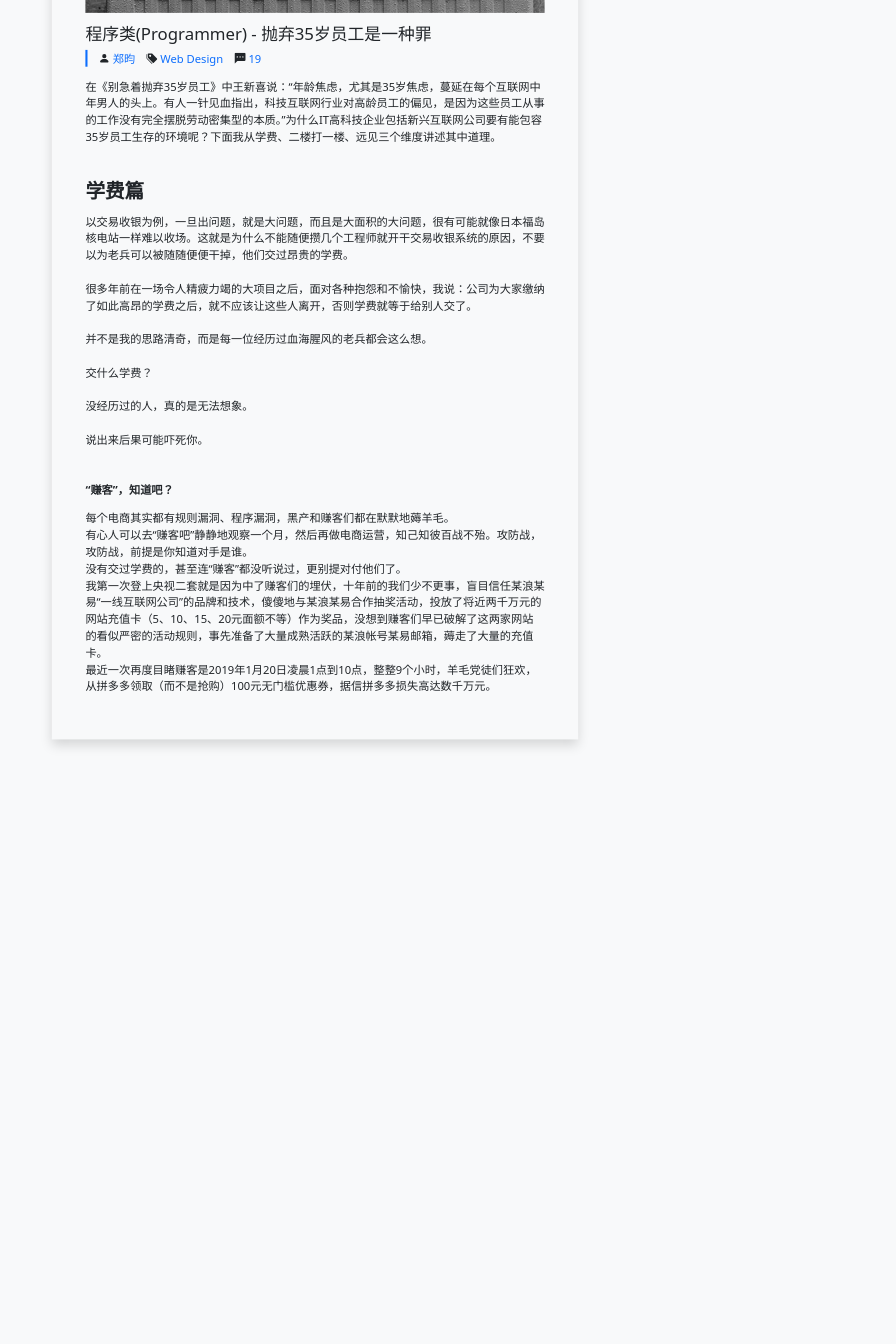
Repository: herjuandlonely/github.io
Page: index-blog.html
These files come from the project's save history. The page is drawn as it stood at one moment and after the next save; the edit follows.
The browser window is 1280 px wide. The pictures show the part of the page from y = 925 to 2845 px (the page is 3000 px tall), at 70% of full size.
Backgrounds fixed to the window are drawn as part of the page.

Above is the page before, as saved 2022-06-30 19:55:14.

### index-blog.html
<!DOCTYPE html>
<html lang="en">
<head>
    <meta charset="UTF-8">
    <meta http-equiv="X-UA-Compatible" content="IE=edge">
    <meta name="viewport" content="width=device-width, initial-scale=1.0">
    <link rel="stylesheet" href="./bootstrap-4.6.1-dist/css/bootstrap.min.css">
    <link rel="stylesheet" href="./CSS/index-blog.css">
    <link rel="stylesheet" href="./CSS/normalize.css">
    <link rel="stylesheet" href="./icon/font_3484823_t6q6q64gri/iconfont.css">
    <script src="./bootstrap-4.6.1-dist/js/bootstrap.bundle.min.js"></script>
    <title>何亚Herju- Blog -抛弃35岁员工是一种罪</title>
</head>
<body style="height: 3000px;" class=" bg-light">
    <!-- nav start -->
    <div class="container-fluid px-0 shadow navbarControl">
        <nav class="navbar navbar-expand-md navbar-dark navbarBg">
            <div class="container-fluid px-4">
                <a href="index.html" class="navbar-brand ms-4">Herju's Home</a>
                <button class="navbar-toggler" data-bs-toggle="collapse" data-bs-target="#foldBtn">
                    <span class="navbar-toggler-icon"></span>
                </button>
                <div class="collapse navbar-collapse" id="foldBtn">
                    <ul class="navbar-nav ms-auto me-4 navbarCli">
                        <li class="nav-item text-center">
                            <a class="nav-link fw-lighter" href="index.html#bk">博客 Blog</a>
                        </li>
                        <li class="nav-item text-center">
                            <a class="nav-link fw-lighter" href="index.html#jn">技能 Skill</a>
                        </li>
                        <li class="nav-item text-center">
                            <a class="nav-link fw-lighter" href="index.html#ab">关于 About</a>
                        </li>
                        <li class="nav-item text-center">
                            <a class="nav-link fw-lighter" href="index.html#lx">联系我 Call</a>
                        </li>
                    </ul>
                </div>
            </div>
        </nav>
    </div>
    <!-- nav end -->

    <!-- baneer start -->
    <div class="banner position-relative">
        <div class=" position-absolute w-100 h-100 bg-primary" style="opacity: .7;"></div>
        <div class=" position-absolute w-100 h-100 py-5" style="z-index: 3;">
            <h1 class=" text-light text-center display-2 mb-0">博客 Blog</h1>
            <nav class=" text-light mbShit mt-5 mt-md-4" >
                <ol class="breadcrumb d-flex justify-content-center">
                    <li class="breadcrumb-item">
                        <a href="index.html" class="text-light text-decoration-none fw-bold">Home</a>
                    </li>
                    <li class="breadcrumb-item">Blog</li>
                </ol>
            </nav>
            <h1 class="text-center text-light mt-5 mt-md-4">抛弃35岁员工是一种罪</h1>
        </div>
    </div>
    <!-- baneer start -->

    <!-- content start -->
    <div class="container">
        <div class="row py-5">
            <div class="col-lg-8 col-12 px-1">
                <div class="shadow bg-light p-5">
                    <img src="./image/piqsels.com-id-fggmp.png" class="img-fluid">
                    <h4 class=" mt-3">
                        程序类(Programmer) - 抛弃35岁员工是一种罪
                    </h4>
                    <ul class='border-start border-3 border-primary list-unstyled d-flex'>
                        <li class=" ms-3">
                            <a href="#" class=" text-decoration-none d-flex align-items-center">
                                <svg xmlns="http://www.w3.org/2000/svg" width="16" height="16" fill="currentColor" class="bi bi-person-fill text-dark me-1" viewBox="0 0 16 16">
                                    <path d="M3 14s-1 0-1-1 1-4 6-4 6 3 6 4-1 1-1 1H3zm5-6a3 3 0 1 0 0-6 3 3 0 0 0 0 6z"/>
                                  </svg>
                                郑昀
                            </a>
                        </li>
                        <li class=" ms-3">
                            <a href="#" class=" text-decoration-none d-flex align-items-center">
                                <svg xmlns="http://www.w3.org/2000/svg" width="16" height="16" fill="currentColor" class="bi bi-tags-fill text-dark me-1" viewBox="0 0 16 16">
                                    <path d="M2 2a1 1 0 0 1 1-1h4.586a1 1 0 0 1 .707.293l7 7a1 1 0 0 1 0 1.414l-4.586 4.586a1 1 0 0 1-1.414 0l-7-7A1 1 0 0 1 2 6.586V2zm3.5 4a1.5 1.5 0 1 0 0-3 1.5 1.5 0 0 0 0 3z"/>
                                    <path d="M1.293 7.793A1 1 0 0 1 1 7.086V2a1 1 0 0 0-1 1v4.586a1 1 0 0 0 .293.707l7 7a1 1 0 0 0 1.414 0l.043-.043-7.457-7.457z"/>
                                  </svg>
                                Web Design
                            </a>
                        </li>
                        <li class=" ms-3">
                            <a href="#" class=" text-decoration-none d-flex align-items-center">
                                <svg xmlns="http://www.w3.org/2000/svg" width="16" height="16" fill="currentColor" class="bi bi-chat-left-dots-fill text-dark me-1" viewBox="0 0 16 16">
                                    <path d="M0 2a2 2 0 0 1 2-2h12a2 2 0 0 1 2 2v8a2 2 0 0 1-2 2H4.414a1 1 0 0 0-.707.293L.854 15.146A.5.5 0 0 1 0 14.793V2zm5 4a1 1 0 1 0-2 0 1 1 0 0 0 2 0zm4 0a1 1 0 1 0-2 0 1 1 0 0 0 2 0zm3 1a1 1 0 1 0 0-2 1 1 0 0 0 0 2z"/>
                                  </svg>
                                19
                            </a>
                        </li>
                    </ul>
                    <p class="mb-2">在《别急着抛弃35岁员工》中王新喜说：“年龄焦虑，尤其是35岁焦虑，蔓延在每个互联网中年男人的头上。有人一针见血指出，科技互联网行业对高龄员工的偏见，是因为这些员工从事的工作没有完全摆脱劳动密集型的本质。”为什么IT高科技企业包括新兴互联网公司要有能包容35岁员工生存的环境呢？下面我从学费、二楼打一楼、远见三个维度讲述其中道理。</p>
                    <h3 class=" fw-bold mt-5">学费篇</h3>
                    <p class="mt-3">以交易收银为例，一旦出问题，就是大问题，而且是大面积的大问题，很有可能就像日本福岛核电站一样难以收场。这就是为什么不能随便攒几个工程师就开干交易收银系统的原因，不要以为老兵可以被随随便便干掉，他们交过昂贵的学费。<br><br>
                        很多年前在一场令人精疲力竭的大项目之后，面对各种抱怨和不愉快，我说：公司为大家缴纳了如此高昂的学费之后，就不应该让这些人离开，否则学费就等于给别人交了。<br><br>
                        并不是我的思路清奇，而是每一位经历过血海腥风的老兵都会这么想。<br><br>
                        交什么学费？<br><br>
                        没经历过的人，真的是无法想象。<br><br>
                        说出来后果可能吓死你。
                    </p>
                    <p class=" fw-bold mt-5">“赚客”，知道吧？</p>
                    <p>每个电商其实都有规则漏洞、程序漏洞，黑产和赚客们都在默默地薅羊毛。<br>

                        有心人可以去“赚客吧”静静地观察一个月，然后再做电商运营，知己知彼百战不殆。攻防战，攻防战，前提是你知道对手是谁。<br>

                        没有交过学费的，甚至连“赚客”都没听说过，更别提对付他们了。<br>

                        我第一次登上央视二套就是因为中了赚客们的埋伏，十年前的我们少不更事，盲目信任某浪某易“一线互联网公司”的品牌和技术，傻傻地与某浪某易合作抽奖活动，投放了将近两千万元的网站充值卡（5、10、15、20元面额不等）作为奖品，没想到赚客们早已破解了这两家网站的看似严密的活动规则，事先准备了大量成熟活跃的某浪帐号某易邮箱，薅走了大量的充值卡。<br>

                        最近一次再度目睹赚客是2019年1月20日凌晨1点到10点，整整9个小时，羊毛党徒们狂欢，从拼多多领取（而不是抢购）100元无门槛优惠券，据信拼多多损失高达数千万元。</p>
                </div>
            </div>
            <div class="col-lg-4"></div>
        </div>
    </div>
    <!-- content end -->

    <script src="./JS/index-blog.js"></script>
</body>
</html>

### CSS/index-blog.css
.navbarControl{
    transition: .3s;
    position: fixed;
    top: 0;
    left: 0;
    z-index: 999;
}
.navbarControl.showAndHide{
    top: -56px;
}
.navbarControl a{
    cursor: pointer;
}
.navbarBg{
    background-color: #161d27;
}
.banner{
    background: url(../image/overlay-bg.jpg) no-repeat center -180px;
    height: 356px;
    background-attachment: fixed;
    background-size: cover;
}
.mbShit{
    --bs-breadcrumb-divider: '>';
}
.mbShit ol .breadcrumb-item::before{
    color: #f8f9fa !important;
}

### icon/font_3484823_t6q6q64gri/iconfont.css
@font-face {
  font-family: "iconfont"; /* Project id 3484823 */
  src: url('iconfont.woff2?t=1656149880118') format('woff2'),
       url('iconfont.woff?t=1656149880118') format('woff'),
       url('iconfont.ttf?t=1656149880118') format('truetype');
}

.iconfont {
  font-family: "iconfont" !important;
  font-size: 16px;
  font-style: normal;
  -webkit-font-smoothing: antialiased;
  -moz-osx-font-smoothing: grayscale;
}

.icon-QQ:before {
  content: "\e882";
}

.icon-weixin:before {
  content: "\e8bb";
}

### JS/index-blog.js
(function(){
    const myBlog = {
        $: (ele) => {
            return document.querySelectorAll(ele);
        },
        "isHide": function () {
            let oldScrollTop = 0;
            let isHide = this.$('.navbarControl')[0];
            const navbarCli = this.$('.navbarCli')[0].children;

            function scrollHide () {
                let scrollTop = window.pageYOffset || this.document.documentElement.scrollTop || this.document.body.scrollTop;
                let scrollSet = scrollTop - oldScrollTop;
                oldScrollTop = scrollTop;
                if (scrollSet < 0) {
                    isHide.classList.remove('showAndHide');
                } else {
                    isHide.classList.add('showAndHide');
                    foldBtn.classList.remove('show');
                }
            }

            window.addEventListener("scroll", scrollHide);

            for (let i = 0; i < navbarCli.length; i++) {
                navbarCli[i].onclick = function () {
                    window.removeEventListener("scroll", scrollHide);
                    isHide.classList.add('showAndHide');
                    foldBtn.classList.remove('show');
                    setTimeout(() => {
                        window.addEventListener("scroll", scrollHide);
                    }, 800)
                };
                navbarCli[i].ontouchend = function () {
                    window.removeEventListener("scroll", scrollHide);
                    isHide.classList.add('showAndHide');
                    foldBtn.classList.remove('show');
                    setTimeout(() => {
                        window.addEventListener("scroll", scrollHide);
                    }, 800)
                };
            };

        }
    }

    myBlog.isHide();
})()

Loaded but not shown: bootstrap-4.6.1-dist/css/bootstrap.min.css (library); CSS/normalize.css (library); bootstrap-4.6.1-dist/js/bootstrap.bundle.min.js (library)

After the next save:
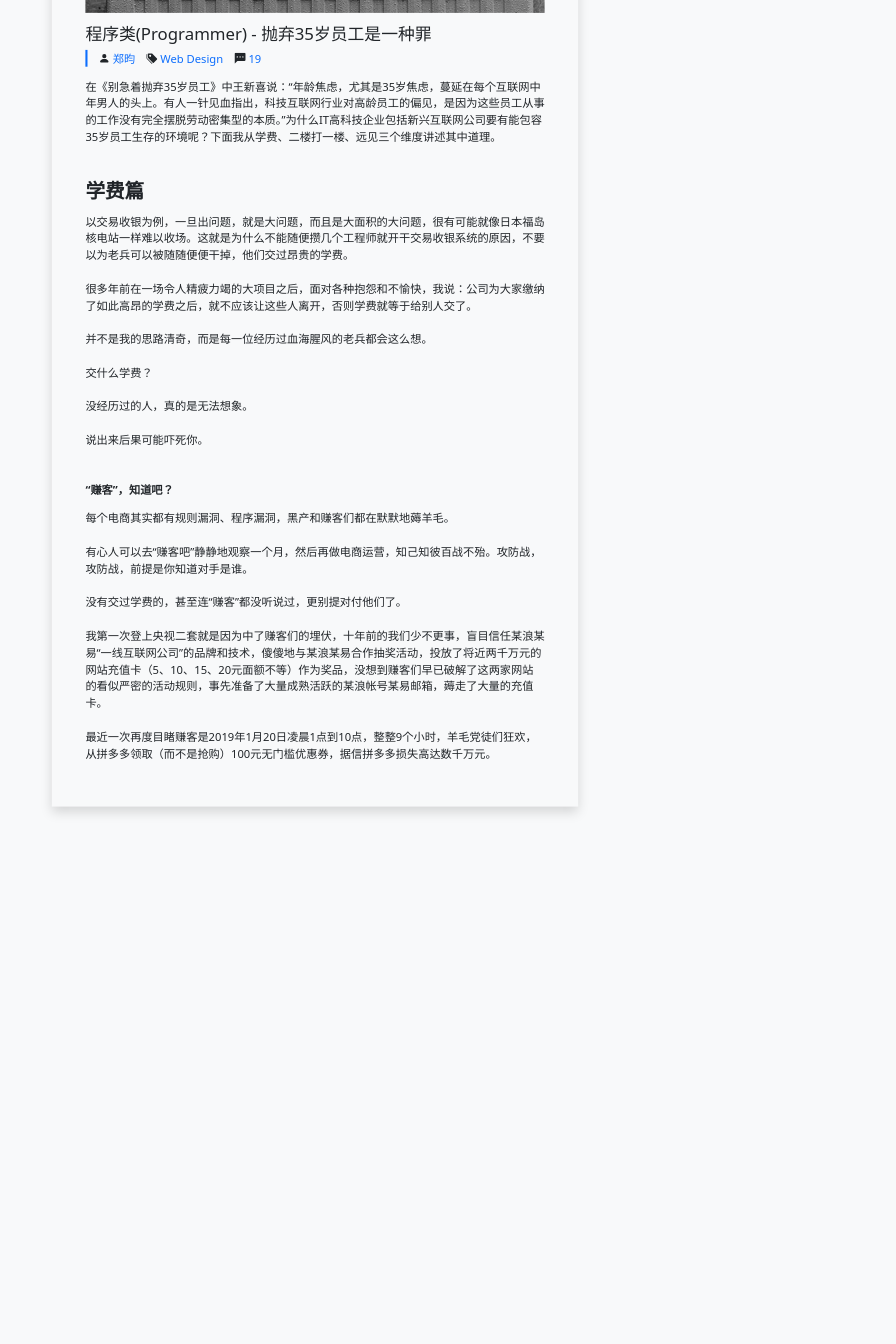
Saved 12 s later.
--- a/index-blog.html
+++ b/index-blog.html
@@ -105,13 +105,13 @@
                         说出来后果可能吓死你。
                     </p>
                     <p class=" fw-bold mt-5">“赚客”，知道吧？</p>
-                    <p>每个电商其实都有规则漏洞、程序漏洞，黑产和赚客们都在默默地薅羊毛。<br>
+                    <p>每个电商其实都有规则漏洞、程序漏洞，黑产和赚客们都在默默地薅羊毛。<br><br>
 
-                        有心人可以去“赚客吧”静静地观察一个月，然后再做电商运营，知己知彼百战不殆。攻防战，攻防战，前提是你知道对手是谁。<br>
+                        有心人可以去“赚客吧”静静地观察一个月，然后再做电商运营，知己知彼百战不殆。攻防战，攻防战，前提是你知道对手是谁。<br><br>
 
-                        没有交过学费的，甚至连“赚客”都没听说过，更别提对付他们了。<br>
+                        没有交过学费的，甚至连“赚客”都没听说过，更别提对付他们了。<br><br>
 
-                        我第一次登上央视二套就是因为中了赚客们的埋伏，十年前的我们少不更事，盲目信任某浪某易“一线互联网公司”的品牌和技术，傻傻地与某浪某易合作抽奖活动，投放了将近两千万元的网站充值卡（5、10、15、20元面额不等）作为奖品，没想到赚客们早已破解了这两家网站的看似严密的活动规则，事先准备了大量成熟活跃的某浪帐号某易邮箱，薅走了大量的充值卡。<br>
+                        我第一次登上央视二套就是因为中了赚客们的埋伏，十年前的我们少不更事，盲目信任某浪某易“一线互联网公司”的品牌和技术，傻傻地与某浪某易合作抽奖活动，投放了将近两千万元的网站充值卡（5、10、15、20元面额不等）作为奖品，没想到赚客们早已破解了这两家网站的看似严密的活动规则，事先准备了大量成熟活跃的某浪帐号某易邮箱，薅走了大量的充值卡。<br><br>
 
                         最近一次再度目睹赚客是2019年1月20日凌晨1点到10点，整整9个小时，羊毛党徒们狂欢，从拼多多领取（而不是抢购）100元无门槛优惠券，据信拼多多损失高达数千万元。</p>
                 </div>
